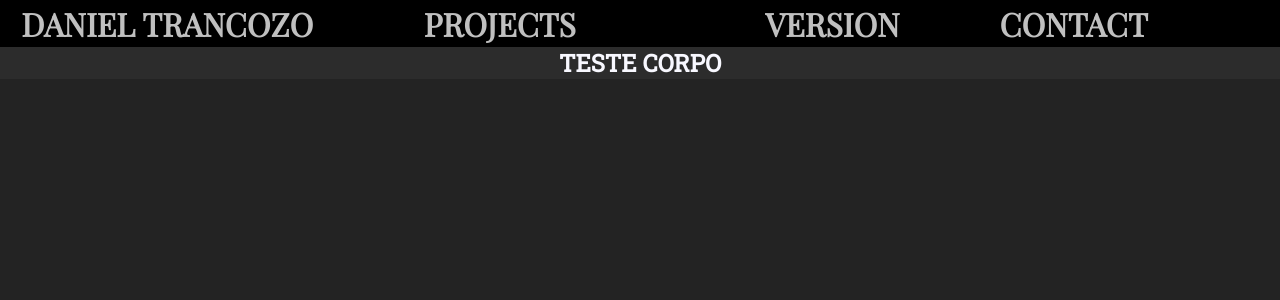
Repository: danieltrancozo/danieltrancozo.github.io
Page: index.html
The author's editor kept a copy of each file at every save. The page is drawn from the files as they stood at one save, then again after the next save.
The browser window is 1280 px wide. The pictures show the whole page.

Above is the page before, as saved 2021-05-04 22:38:04.

### index.html
<!DOCTYPE html>
<meta charset="UFT-8">
<meta name="lenguage" content="pt-br">
<meta name="autor" content="Daniel Trancozo Vianna">
<meta name="description" content="Portifolio de Desenvolvedor Web">
<meta name="keywords" content="HTML, CSS, JS, web development, portifolio">
<html>

<head>
    <title>Minha P&aacutegina</title>
    <link rel="stylesheet" type="text/css" href="css/estilo3.css">
    <link rel="preconnect" href="https://fonts.gstatic.com">
    <link href="https://fonts.googleapis.com/css2?family=Playfair+Display&family=Roboto+Slab&display=swap" rel="stylesheet">
    <script>
    </script>
</head>
<body>
    <div class="container">
        <div class="cab">
            <h1 style="text-transform: uppercase;">
                <table class="menu">
                    <tr>
                        <td>Daniel Trancozo</td>
                        <td>projects</td>
                        <td>version</td>
                        <td>contact</td>
                    </tr>
                </table>
            </h1>
        </div>
        <div class="corp">
            <h2 style="text-transform: uppercase;">teste corpo</h2>
        </div>
    </div>
    <div class="t2"></div>
</body>
</html>

### css/estilo3.css
@import url('https://fonts.googleapis.com/css2?family=Playfair+Display&family=Roboto+Slab&display=swap');
* {
    margin: 0;
    padding: 0;
}
body{
    background-color: rgba(0, 0, 0, 0.863);
    color: antiquewhite;
    text-align: center;
}
.container{
    background-color: transparent;
    display: flex;
    flex-direction: column;
}
.cab{
    background-color: black;
    color: silver;
    font-family: 'Playfair Display', serif;
    height: 10%;
}
.corp{
    background-color: rgb(44, 44, 44);
    color: ghostwhite;
    font-family: 'Roboto Slab', serif;
    height: 90%;
}
.t2{
    background-color: transparent;
    width: 100%;
    height: 100%;
    visibility: hidden;
}
.manu{
    width:100%;
    text-align: center;
    border-width: 7%;
    border-color: transparent;
}
td{
    width: 29%;
}

After the next save:
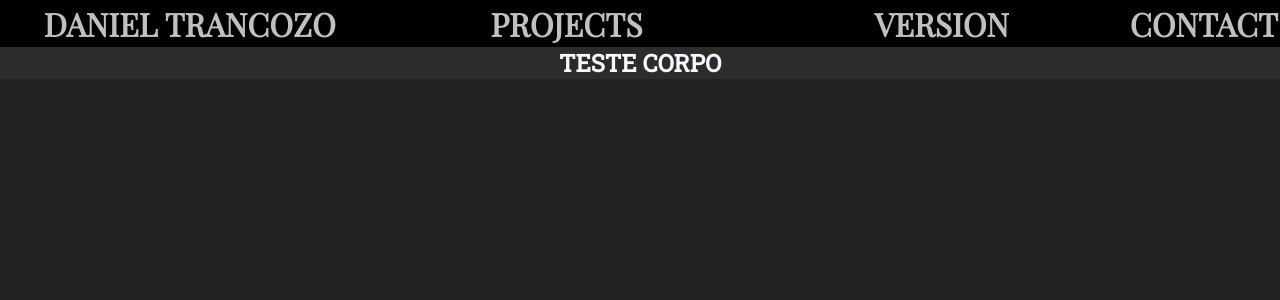
Saved 31 s later.
--- a/css/estilo3.css
+++ b/css/estilo3.css
@@ -34,9 +34,8 @@ body{
 .manu{
     width:100%;
     text-align: center;
-    border-width: 7%;
     border-color: transparent;
 }
 td{
-    width: 29%;
+    width: 31%;
 }
